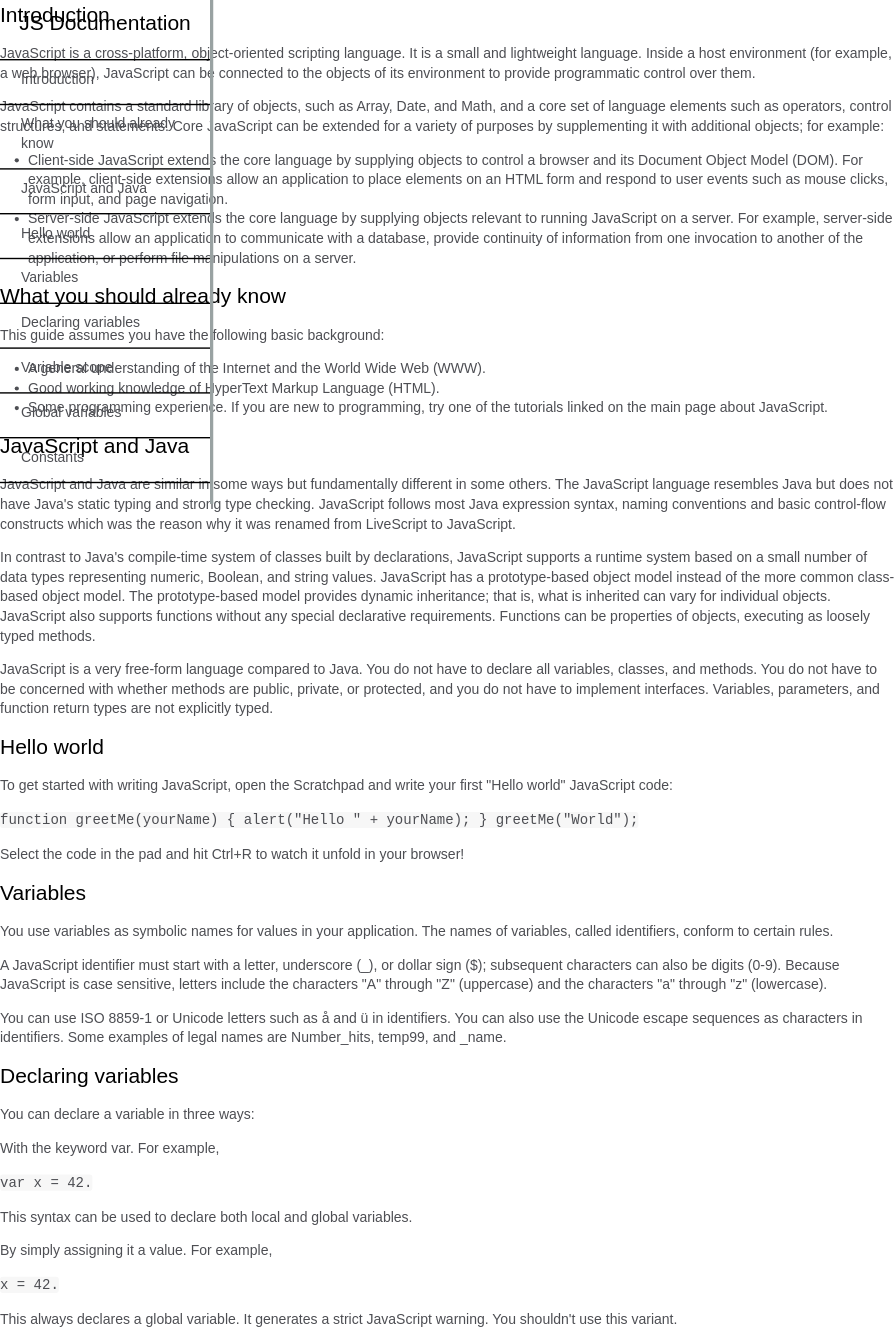
Repository: Lungdjos/technical_document_page_certificate
Page: index.html
The author's editor kept a copy of each file at every save. The page is drawn from the files as they stood at one save, then again after the next save.
The browser window is 1280 px wide. The pictures show the part of the page from y = 0 to 1920 px (the page is 5728 px tall), at 70% of full size.

Above is the page before, as saved 2023-11-21 22:47:48.

### index.html
<!DOCTYPE html>
<html lang="en">

<head>
    <meta charset="UTF-8">
    <meta name="viewport" content="width=device-width, initial-scale=1.0">
    <title>Technical Document</title>
    <link rel="stylesheet" href="./styles.css">
</head>

<body>
    <nav id="nav-bar">
        <header>JS Documentation</header>
        <ul>
            <li>
                <a href="#Introduction" class="nav-link">Introduction</a>
            </li>
            <li>
                <a href="#What_you_should_already_know" class="nav-link">What you should already know</a>
            </li>
            <li>
                <a href="#JavaScript_and_Java" class="nav-link">JavaScript and Java</a>
            </li>
            <li>
                <a href="#Hello_world" class="nav-link">Hello world</a>
            </li>
            <li>
                <a href="#Variables" class="nav-link">Variables</a>
            </li>
            <li>
                <a href="#Declaring_variables" class="nav-link">Declaring variables</a>
            </li>
            <li>
                <a href="#Variable_scope" class="nav-link">Variable scope</a>
            </li>
            <li>
                <a href="#Global_variables" class="nav-link">Global variables</a>
            </li>
            <li>
                <a href="#Constants" class="nav-link">Constants</a>
            </li>
            <li>
                <a href="#Data_types" class="nav-link">Data types</a>
            </li>
            <li>
                <a href="#if...else_statement" class="nav-link">if...else statement</a>
            </li>
            <li>
                <a href="#while_statement" class="nav-link">while statement</a>
            </li>
            <li>
                <a href="#Function_declarations" class="nav-link">Function declarations</a>
            </li>
            <li>
                <a href="#Reference" class="nav-link">Reference</a>
            </li>
        </ul>
    </nav>
    <main id="main-doc">
        <section class="main-section" id="Introduction">
            <header id="">Introduction</header>
            <p>JavaScript is a cross-platform, object-oriented scripting language. It is a small and lightweight language. Inside a host environment (for example, a web browser), JavaScript can be connected to the objects of its environment to provide programmatic
                control over them.</p>
            <p>JavaScript contains a standard library of objects, such as Array, Date, and Math, and a core set of language elements such as operators, control structures, and statements. Core JavaScript can be extended for a variety of purposes by supplementing
                it with additional objects; for example:
                <ul>
                    <li>Client-side JavaScript extends the core language by supplying objects to control a browser and its Document Object Model (DOM). For example, client-side extensions allow an application to place elements on an HTML form and respond
                        to user events such as mouse clicks, form input, and page navigation.</li>
                    <li>Server-side JavaScript extends the core language by supplying objects relevant to running JavaScript on a server. For example, server-side extensions allow an application to communicate with a database, provide continuity of information
                        from one invocation to another of the application, or perform file manipulations on a server.</li>
                </ul>
            </p>

        </section>
        <section class="main-section" id="What_you_should_already_know">
            <header id="">What you should already know</header>
            <p>This guide assumes you have the following basic background:
                <ul>
                    <li>A general understanding of the Internet and the World Wide Web (WWW).</li>
                    <li>Good working knowledge of HyperText Markup Language (HTML).</li>
                    <li>Some programming experience. If you are new to programming, try one of the tutorials linked on the main page about JavaScript.</li>
                </ul>
            </p>

        </section>
        <section class="main-section" id="JavaScript_and_Java">
            <header id="">JavaScript and Java</header>
            <p>JavaScript and Java are similar in some ways but fundamentally different in some others. The JavaScript language resembles Java but does not have Java's static typing and strong type checking. JavaScript follows most Java expression syntax,
                naming conventions and basic control-flow constructs which was the reason why it was renamed from LiveScript to JavaScript.</p>
            <p>In contrast to Java's compile-time system of classes built by declarations, JavaScript supports a runtime system based on a small number of data types representing numeric, Boolean, and string values. JavaScript has a prototype-based object
                model instead of the more common class-based object model. The prototype-based model provides dynamic inheritance; that is, what is inherited can vary for individual objects. JavaScript also supports functions without any special declarative
                requirements. Functions can be properties of objects, executing as loosely typed methods.</p>
            <p>JavaScript is a very free-form language compared to Java. You do not have to declare all variables, classes, and methods. You do not have to be concerned with whether methods are public, private, or protected, and you do not have to implement
                interfaces. Variables, parameters, and function return types are not explicitly typed.</p>
        </section>
        <section class="main-section" id="Hello_world">
            <header id="">Hello world</header>
            <p>
                To get started with writing JavaScript, open the Scratchpad and write your first "Hello world" JavaScript code:</p>
            <code>function greetMe(yourName) { alert("Hello " + yourName); }
                greetMe("World");</code>
            <p>Select the code in the pad and hit Ctrl+R to watch it unfold in your browser!</p>
        </section>
        <section class="main-section" id="Variables">
            <header id="">Variables</header>
            <p>You use variables as symbolic names for values in your application. The names of variables, called identifiers, conform to certain rules.</p>
            <p>A JavaScript identifier must start with a letter, underscore (_), or dollar sign ($); subsequent characters can also be digits (0-9). Because JavaScript is case sensitive, letters include the characters "A" through "Z" (uppercase) and the
                characters "a" through "z" (lowercase).</p>
            <p>You can use ISO 8859-1 or Unicode letters such as å and ü in identifiers. You can also use the Unicode escape sequences as characters in identifiers. Some examples of legal names are Number_hits, temp99, and _name.</p>
        </section>
        <section class="main-section" id="Declaring_variables">
            <header id="">Declaring variables</header>
            <p>You can declare a variable in three ways:</p>
            <p>With the keyword var. For example,</p>
            <code>var x = 42.</code>
            <p>This syntax can be used to declare both local and global variables.</p>
            <p>By simply assigning it a value. For example,</p>
            <code>x = 42.</code><br>
            <p>This always declares a global variable. It generates a strict JavaScript warning. You shouldn't use this variant.</p>
            <p>With the keyword let. For example,</p>
            <code>let y = 13.</code>
            <p>This syntax can be used to declare a block scope local variable. See Variable scope below.</p>
        </section>
        <section class="main-section" id="Variable_scope">
            <header id="">Variable scope</header>
            <p>When you declare a variable outside of any function, it is called a global variable, because it is available to any other code in the current document. When you declare a variable within a function, it is called a local variable, because it
                is available only within that function.</p>
            <p>JavaScript before ECMAScript 2015 does not have block statement scope; rather, a variable declared within a block is local to the function (or global scope) that the block resides within. For example the following code will log 5, because
                the scope of x is the function (or global context) within which x is declared, not the block, which in this case is an if statement.</p>
            <code>if (true) { var x = 5; } console.log(x); // 5</code>
            <p>This behavior changes, when using the let declaration introduced in ECMAScript 2015.</p>
            <code>if (true) { let y = 5; } console.log(y); // ReferenceError: y is
                not defined</code>
        </section>
        <section class="main-section" id="Global_variables">
            <header id="">Global variables</header>
            <p>Global variables are in fact properties of the global object. In web pages the global object is window, so you can set and access global variables using the window.variable syntax.</p>
            <p>Consequently, you can access global variables declared in one window or frame from another window or frame by specifying the window or frame name. For example, if a variable called phoneNumber is declared in a document, you can refer to this
                variable from an iframe as parent.phoneNumber.</p>
        </section>
        <section class="main-section" id="Constants">
            <header id="">Constants</header>
            <p>You can create a read-only, named constant with the const keyword. The syntax of a constant identifier is the same as for a variable identifier: it must start with a letter, underscore or dollar sign and can contain alphabetic, numeric, or
                underscore characters.</p>
            <code>const PI = 3.14;</code>
            <p>A constant cannot change value through assignment or be re-declared while the script is running. It has to be initialized to a value.</p>
            <p>The scope rules for constants are the same as those for let block scope variables. If the const keyword is omitted, the identifier is assumed to represent a variable.</p>
            <p>You cannot declare a constant with the same name as a function or variable in the same scope. For example:</p>
            <code>// THIS WILL CAUSE AN ERROR function f() {}; const f = 5; // THIS
                WILL CAUSE AN ERROR ALSO function f() { const g = 5; var g;
                //statements }</code>
            <p>However, object attributes are not protected, so the following statement is executed without problems.</p>
            <code>const MY_OBJECT = {"key": "value"}; MY_OBJECT.key =
                "otherValue";</code>
        </section>
        <section class="main-section" id="Data_types">
            <header id="">Data types</header>
            <p>The latest ECMAScript standard defines seven data types:
                <ul>
                    <li>Six data types that are primitives:
                        <ul>
                            <li>Boolean. true and false.</li>
                            <li>null. A special keyword denoting a null value. Because JavaScript is case-sensitive, null is not the same as Null, NULL, or any other variant.</li>
                            <li>undefined. A top-level property whose value is undefined.</li>
                            <li>Number. 42 or 3.14159.</li>
                            <li>String. "Howdy"</li>
                            <li>Symbol (new in ECMAScript 2015). A data type whose instances are unique and immutable.</li>
                        </ul>
                    </li>
                    <li>and Object</li>
                </ul>
            </p>
            <p>Although these data types are a relatively small amount, they enable you to perform useful functions with your applications. Objects and functions are the other fundamental elements in the language. You can think of objects as named containers
                for values, and functions as procedures that your application can perform.</p>
        </section>
        <section class="main-section" id="if...else_statement">
            <header id="">if...else statement</header>
            <p>Use the if statement to execute a statement if a logical condition is true. Use the optional else clause to execute a statement if the condition is false. An if statement looks as follows:</p>
            <code>if (condition) { statement_1; } else { statement_2; }</code>
            <p>condition can be any expression that evaluates to true or false. See Boolean for an explanation of what evaluates to true and false. If condition evaluates to true, statement_1 is executed; otherwise, statement_2 is executed. statement_1 and
                statement_2 can be any statement, including further nested if statements.</p>
            <p>You may also compound the statements using else if to have multiple conditions tested in sequence, as follows:</p>
            <code>if (condition_1) { statement_1; } else if (condition_2) {
                statement_2; } else if (condition_n) { statement_n; } else {
                statement_last; }</code>
            <p>In the case of multiple conditions only the first logical condition which evaluates to true will be executed. To execute multiple statements, group them within a block statement ({ ... }) . In general, it's good practice to always use block
                statements, especially when nesting if statements:</p>
            <code>if (condition) { statement_1_runs_if_condition_is_true;
                statement_2_runs_if_condition_is_true; } else {
                statement_3_runs_if_condition_is_false;
                statement_4_runs_if_condition_is_false; }</code>
            <p>It is advisable to not use simple assignments in a conditional expression, because the assignment can be confused with equality when glancing over the code. For example, do not use the following code:</p>
            <code>if (x = y) { /* statements here */ }</code>
            <p>If you need to use an assignment in a conditional expression, a common practice is to put additional parentheses around the assignment. For example:</p>
            <code>if ((x = y)) { /* statements here */ }</code>
        </section>
        <section class="main-section" id="while_statement">
            <header id="">while statement</header>
            <p>A while statement executes its statements as long as a specified condition evaluates to true. A while statement looks as follows:</p>
            <code>while (condition) statement</code>
            <p>If the condition becomes false, statement within the loop stops executing and control passes to the statement following the loop.</p>
            <p>The condition test occurs before statement in the loop is executed. If the condition returns true, statement is executed and the condition is tested again. If the condition returns false, execution stops and control is passed to the statement
                following while.</p>
            <p>To execute multiple statements, use a block statement ({ ... }) to group those statements.</p>
            <p>Example: <br> The following while loop iterates as long as n is less than three:</p>
            <code>var n = 0; var x = 0; while (n < 3) { n++; x += n; }</code>
            <p>With each iteration, the loop increments n and adds that value to x. Therefore, x and n take on the following values:
                <ul>
                    <li>After the first pass: n = 1 and x = 1</li>
                    <li>After the second pass: n = 2 and x = 3</li>
                    <li>After the third pass: n = 3 and x = 6</li>
                </ul>
            </p>
            <p>After completing the third pass, the condition n
                < 3 is no longer true, so the loop terminates.</p>
        </section>
        <section class="main-section" id="Function_declarations">
            <header id="">Function declarations</header>
            <p>A function definition (also called a function declaration, or function statement) consists of the function keyword, followed by:
                <ul>
                    <li>The name of the function.</li>
                    <li>A list of arguments to the function, enclosed in the parentheses and separated by commas.</li>
                    <li>The JavaScript statement that defines the function, enclosed in curly brackets, {}.</li>
                </ul>
            </p>
            <p>For example, the following code defines a simple function named square:</p>
            <code>function square(number) { return number * number; }</code>
            <p>The function square takes one argument, called number. The function consists of one statement that says to return the argument of the function (that is, number) multiplied by itself. The return statement specifies the value returned by the
                function.
            </p>
            <code>return number * number;</code>
            <p>Primitive parameters (such as a number) are passed to functions by value; the value is passed to the function, but if the function changes the value of the parameter, this change is not reflected globally or in the calling function.</p>
        </section>
        <section class="main-section" id="Reference">
            <header id="">Reference</header>
            <ul>
                <li>All the documentation in this page is taken from
                    <a href="https://developer.mozilla.org/en-US/docs/Web/JavaScript/Guide" target="_blank">MDN</a>
                </li>
            </ul>
        </section>
    </main>
</body>

</html>

### styles.css
/* A technical document page stylings */

html {
    box-sizing: border-box;
}

header {
    font-size: 30px;
    font-weight: thin;
    margin: 12px;
    text-align: center;
    color: #000;
}

body {
    font-family: Arial, Helvetica, sans-serif;
    font-size: 20px;
    margin: 0;
    line-height: 1.4;
    min-width: 280px;
    color: #4d4e53;
}


/* nav bar styling */

#nav-bar {
    position: fixed;
    border-right: 5px solid #99a2a2;
    height: 100%;
    width: 300px;
    left: 0;
    top: 0;
    min-width: 280px;
}

#nav-bar ul {
    height: 88%;
    padding: 0;
    overflow-y: auto;
    overflow-x: hidden;
}

#nav-bar li {
    border-top: 2px solid #000;
    margin-top: 10px;
    list-style: none;
    position: relative;
    color: #4d4e53;
}

#nav-bar a {
    display: block;
    padding: 12px 30px;
    text-decoration: none;
    cursor: pointer;
    color: #4d4e53;
}


/* body styling */

code {
    background-color: #f7f7f7;
    border-radius: 4px;
    width: 500px;
    height: 30px;
    padding: auto;
}

#main-doc header {
    margin: 0;
    text-align: left;
}

After the next save:
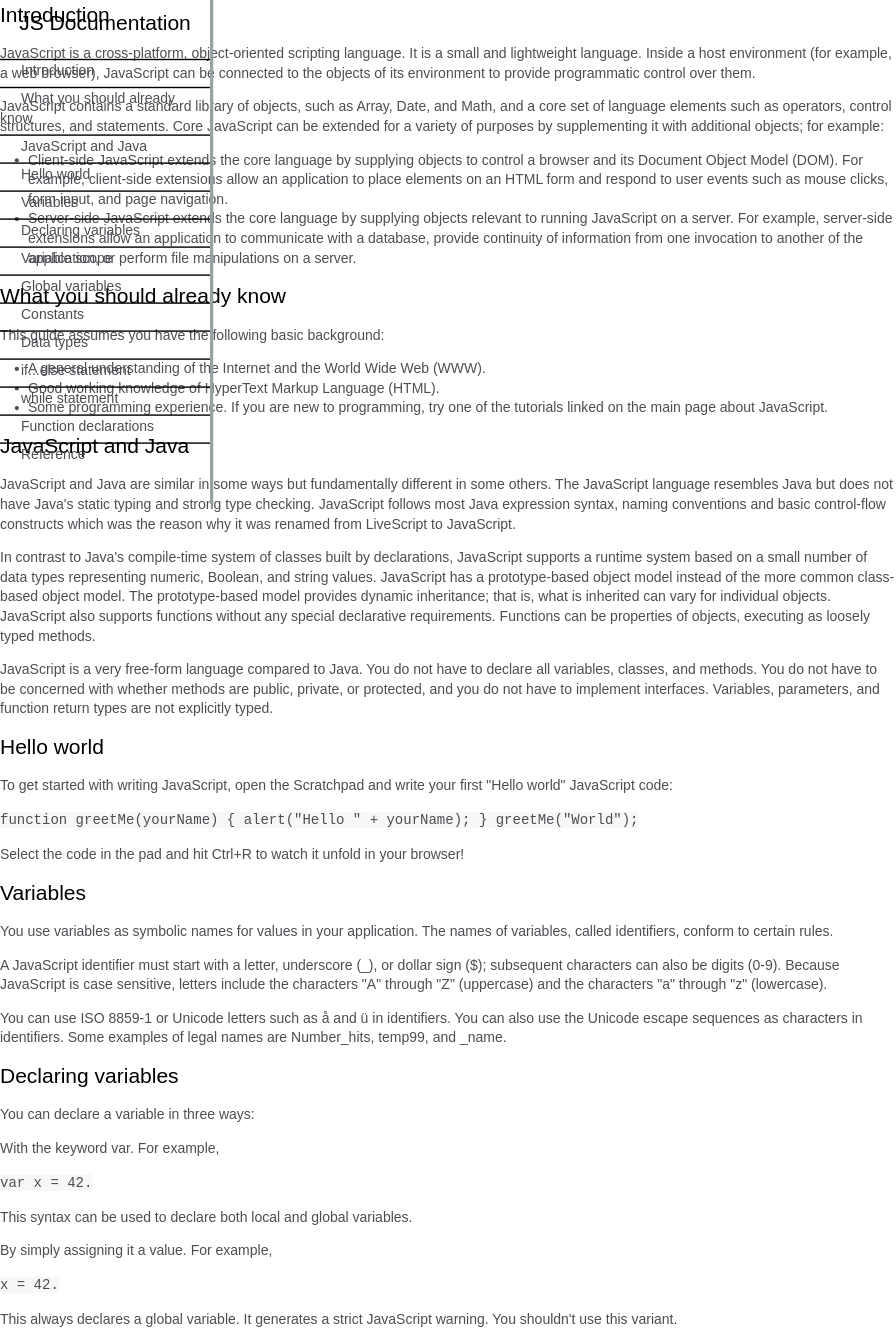
Saved 27 s later.
--- a/styles.css
+++ b/styles.css
@@ -50,7 +50,7 @@
 }
 
 #nav-bar a {
-    display: block;
+    /* display: block; */
     padding: 12px 30px;
     text-decoration: none;
     cursor: pointer;

After the save that followed:
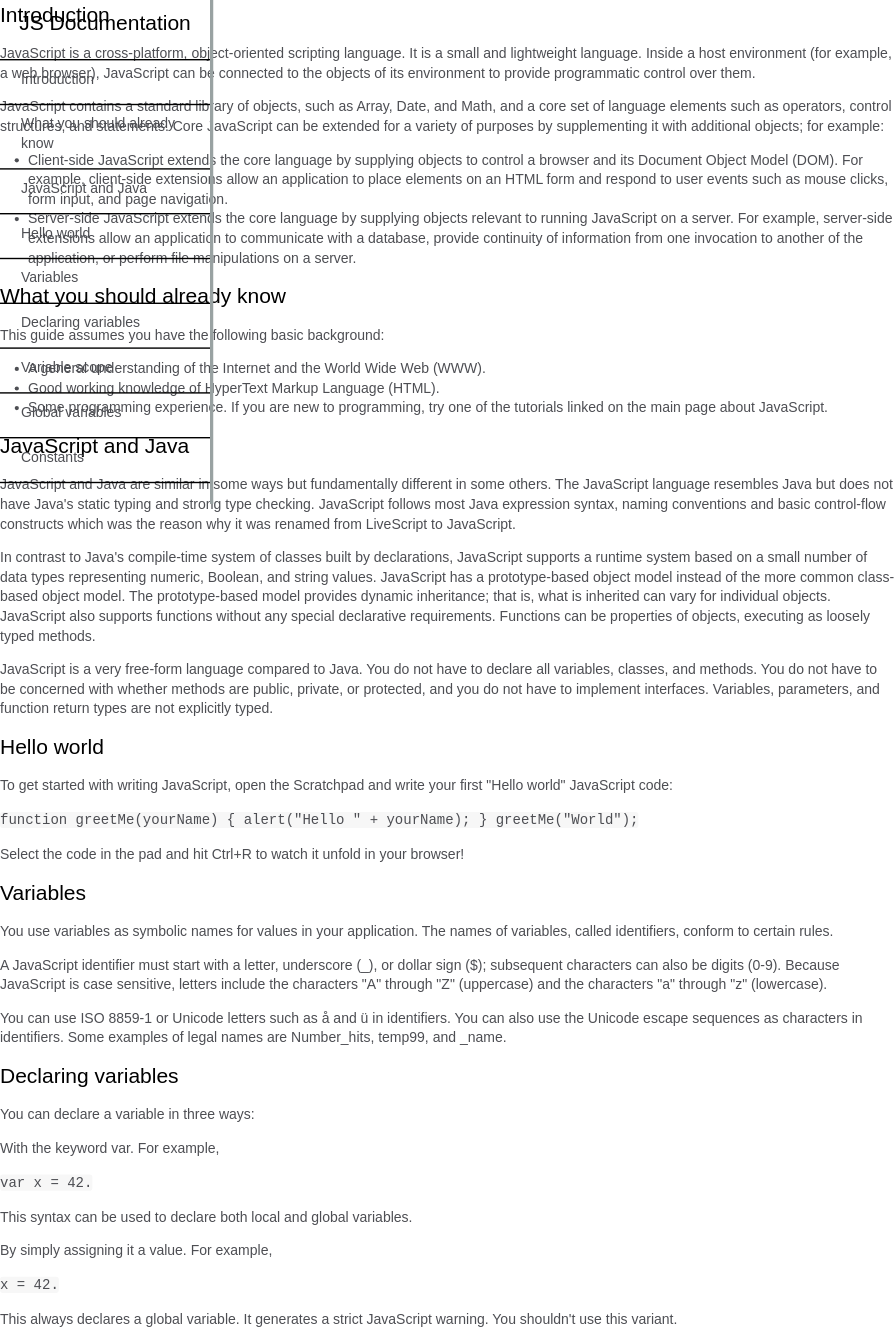
Saved 10 s later.
--- a/styles.css
+++ b/styles.css
@@ -50,7 +50,7 @@
 }
 
 #nav-bar a {
-    /* display: block; */
+    display: block;
     padding: 12px 30px;
     text-decoration: none;
     cursor: pointer;
